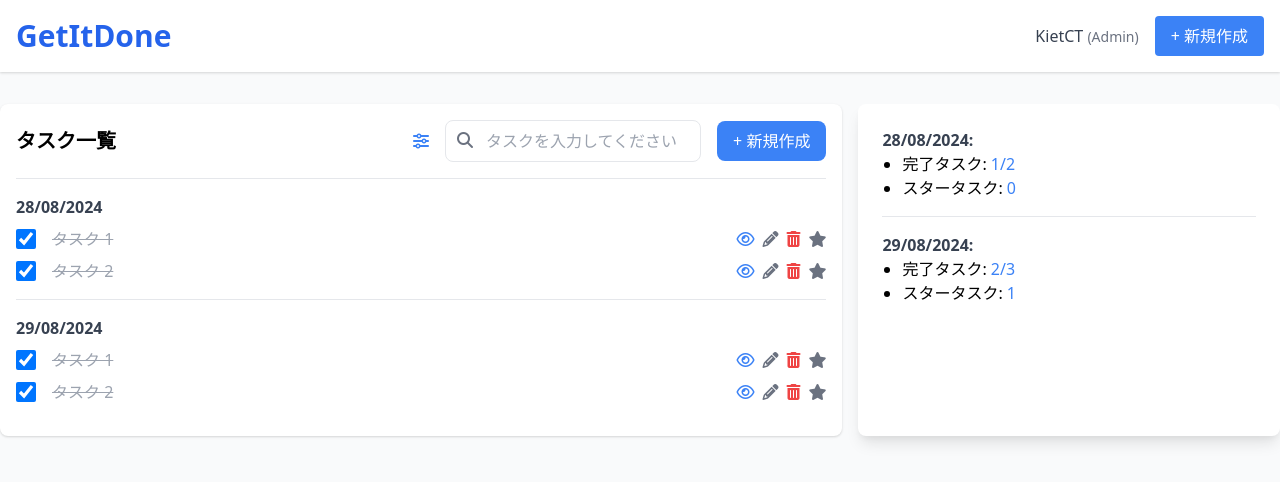
Repository: TuanAnhNguyen723/todolist
Page: mainscreen.html
These files come from the project's save history. The page is drawn as it stood at one moment and after the next save; the edit follows.
The browser window is 1280 px wide. The pictures show the whole page.
Some web libraries are served in a nearby version.

Above is the page before, as saved 2024-09-24 22:06:14.

After the next save:
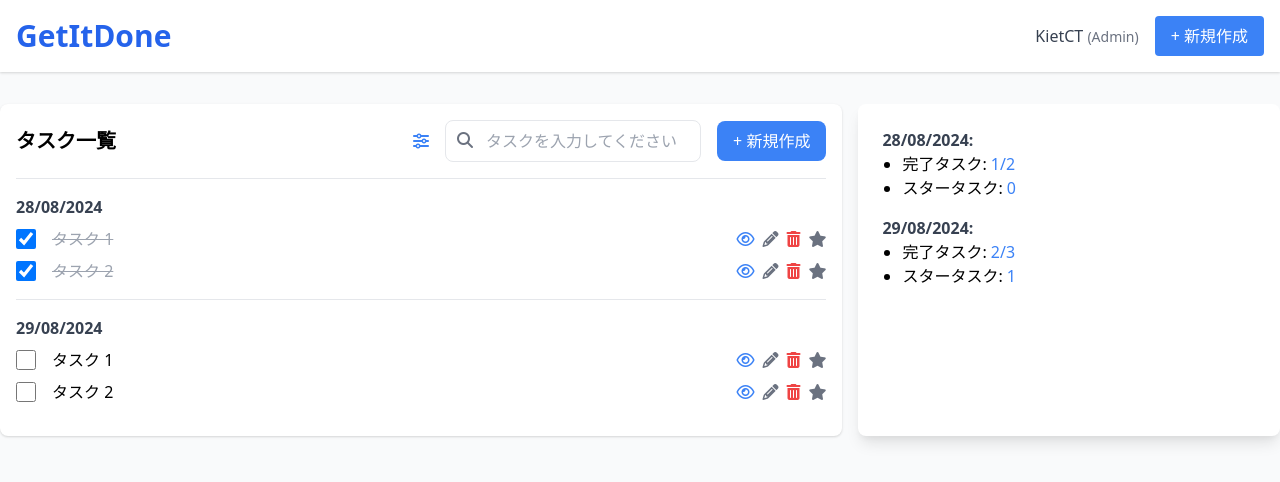
Saved 5 min 14 s later.
--- a/mainscreen.html
+++ b/mainscreen.html
@@ -32,10 +32,8 @@
     <!-- Main Section -->
     <main class="container mx-auto mt-8">
       <div class="flex justify-between">
-
         <!-- Task List -->
         <div class="w-2/3 bg-white p-4 shadow rounded-lg">
-
           <div class="flex justify-between items-center mb-4">
             <!-- Task List Title -->
             <h2 class="text-xl font-bold">タスク一覧</h2>
@@ -54,7 +52,9 @@
                   placeholder="タスクを入力してください"
                 />
                 <!-- Search Icon -->
-                <i class="fas fa-search absolute left-3 top-3 text-gray-500"></i>
+                <i
+                  class="fas fa-search absolute left-3 top-3 text-gray-500"
+                ></i>
               </div>
 
               <!-- New Task Button -->
@@ -76,7 +76,7 @@
                   class="form-checkbox h-5 w-5 toggle-complete"
                   checked
                 />
-                <span class="text-gray-400 line-through task-text"
+                <span class="task-text text-gray-400 line-through"
                   >タスク 1</span
                 >
               </div>
@@ -104,7 +104,7 @@
                   class="form-checkbox h-5 w-5 toggle-complete"
                   checked
                 />
-                <span class="text-gray-400 line-through task-text"
+                <span class="task-text text-gray-400 line-through"
                   >タスク 2</span
                 >
               </div>
@@ -135,11 +135,8 @@
                 <input
                   type="checkbox"
                   class="form-checkbox h-5 w-5 toggle-complete"
-                  checked
-                />
-                <span class="text-gray-400 line-through task-text"
-                  >タスク 1</span
-                >
+                />
+                <span class="task-text">タスク 1</span>
               </div>
               <div class="flex space-x-2">
                 <button class="text-blue-500 hover:text-blue-700">
@@ -163,11 +160,8 @@
                 <input
                   type="checkbox"
                   class="form-checkbox h-5 w-5 toggle-complete"
-                  checked
-                />
-                <span class="text-gray-400 line-through task-text"
-                  >タスク 2</span
-                >
+                />
+                <span class="task-text">タスク 2</span>
               </div>
               <div class="flex space-x-2">
                 <button class="text-blue-500 hover:text-blue-700">
@@ -188,14 +182,17 @@
         </div>
 
         <!-- Task Completion Summary (Hiển thị luôn, không dùng popup) -->
-        <div id="task-summary" class="w-1/3 bg-white p-6 rounded-lg shadow-lg ml-4">
-          <h3 class="font-bold text-gray-700 ">28/08/2024:</h3>
+        <div
+          id="task-summary"
+          class="w-1/3 bg-white p-6 rounded-lg shadow-lg ml-4"
+        >
+          <h3 class="font-bold text-gray-700">28/08/2024:</h3>
           <ul class="list-disc pl-5">
             <li>完了タスク: <span class="text-blue-500">1/2</span></li>
             <li>スタータスク: <span class="text-blue-500">0</span></li>
           </ul>
 
-          <h3 class="font-bold text-gray-700 mt-4 border-t pt-4">29/08/2024:</h3>
+          <h3 class="font-bold text-gray-700 mt-4">29/08/2024:</h3>
           <ul class="list-disc pl-5">
             <li>完了タスク: <span class="text-blue-500">2/3</span></li>
             <li>スタータスク: <span class="text-blue-500">1</span></li>
